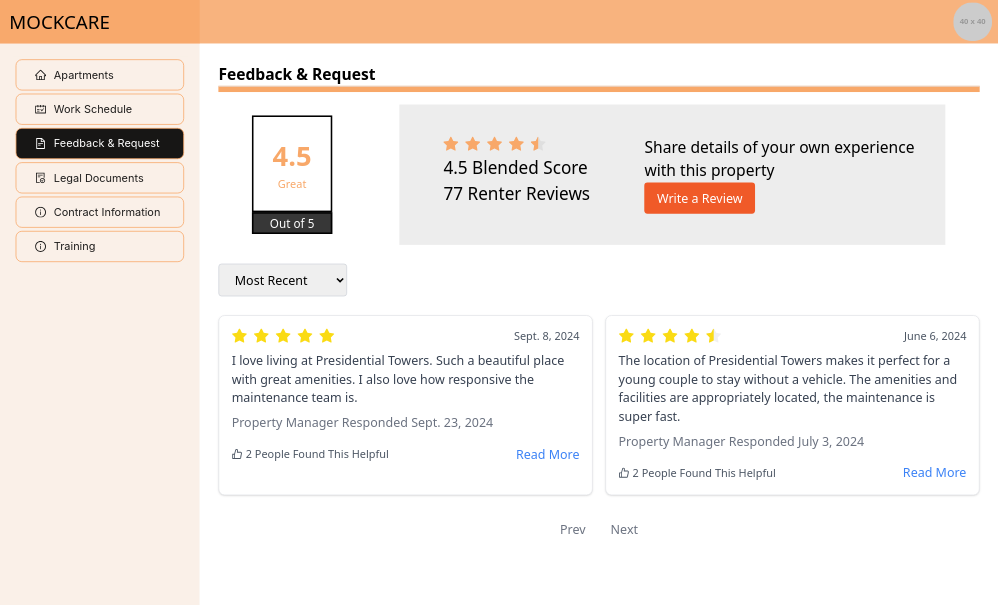
Repository: dunh-real/MockProject_102024_Nhom4
Page: / (app in frontend/)
These files come from the project's save history. The page is drawn as it stood at one moment and after the next save; the edit follows.
The browser window is 1280 px wide. The pictures show the whole page, at 78% of full size.
The project was rebuilt for these pictures with package versions that can differ from the ones it lists, and the page was loaded fresh each time. Also part of the build but not shown: frontend/vite.config.js, frontend/vite.config.ts, frontend/src/App.css, frontend/src/component/ReviewModal.tsx.

Above is the page before, as saved 2024-10-09 13:28:51.

After the next save:
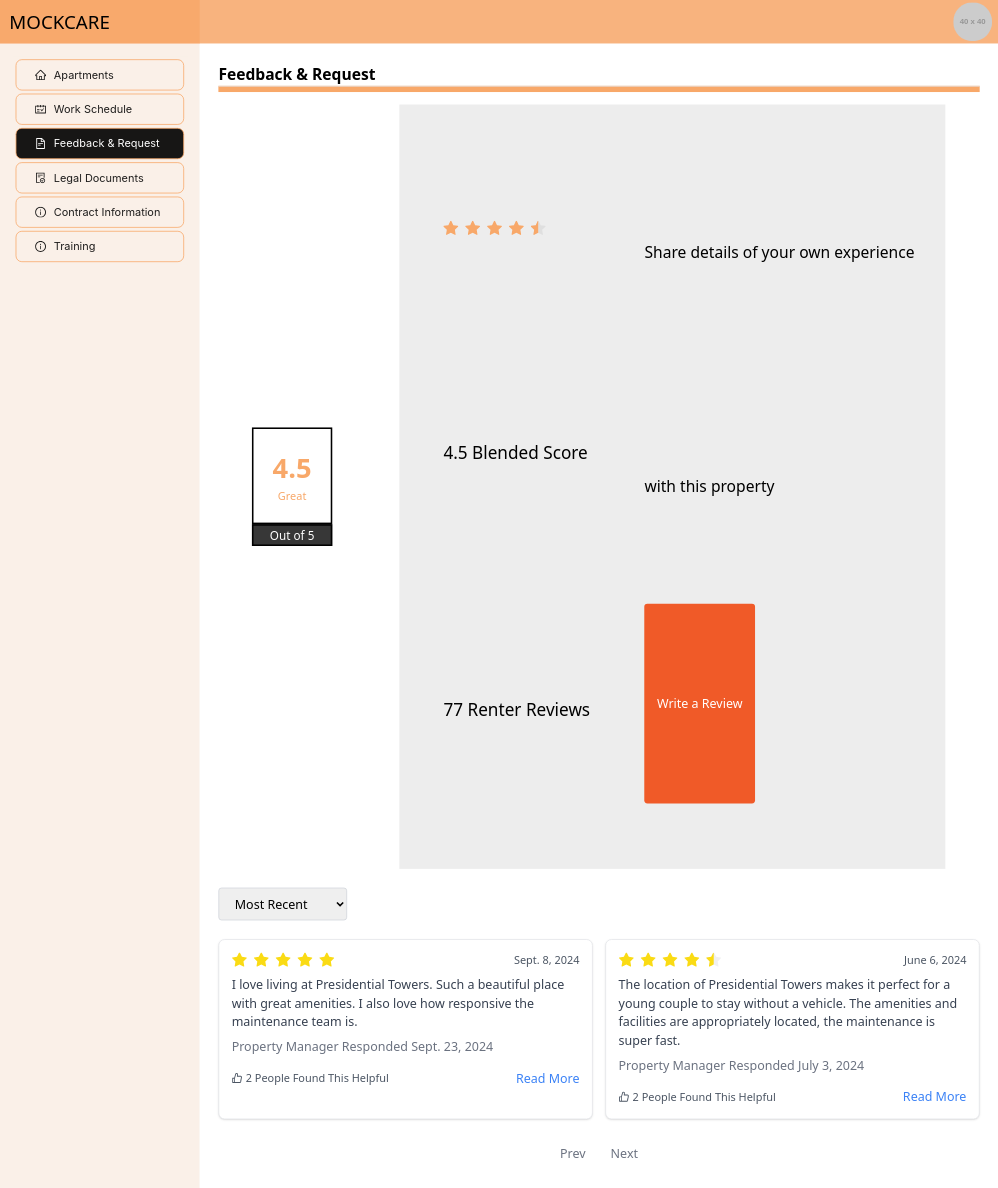
Saved 21 s later.
--- a/frontend/src/pages/Feedback&Request/Feedback&Request.tsx
+++ b/frontend/src/pages/Feedback&Request/Feedback&Request.tsx
@@ -76,7 +76,7 @@ const ReviewList: React.FC = () => {
                             </div>
                         </div>
                         <div className='bg-[#d9d9d97b] flex justify-between'
-                         style={{ width: '100%', maxWidth: '700px', padding:40}}
+                         style={{ width: '100%', maxWidth: '700px', padding:40, lineHeight:15}}
                         >
                             <div className="ml-4 ">
                                 <Rate allowHalf defaultValue={4.5} disabled style={{color:'#F8A869'}} />
